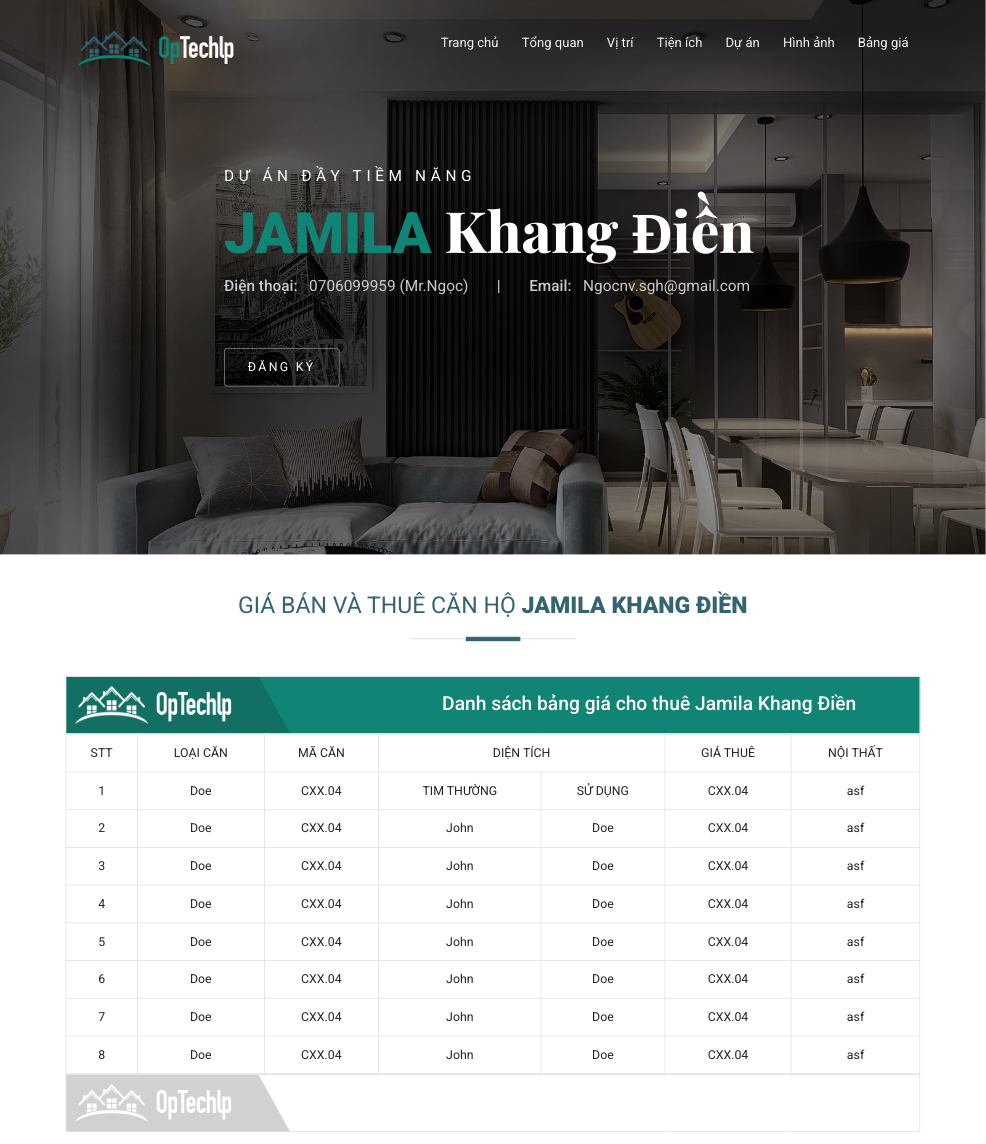
Repository: phunobi1807/Myweb
Page: index.html
These files come from the project's save history. The page is drawn as it stood at one moment and after the next save; the edit follows.
The browser window is 1280 px wide. The pictures show the whole page, at 77% of full size.
Some web fonts or font styles are not loaded; a fallback is used.

Above is the page before, as saved 2021-05-14 14:06:22.

After the next save:
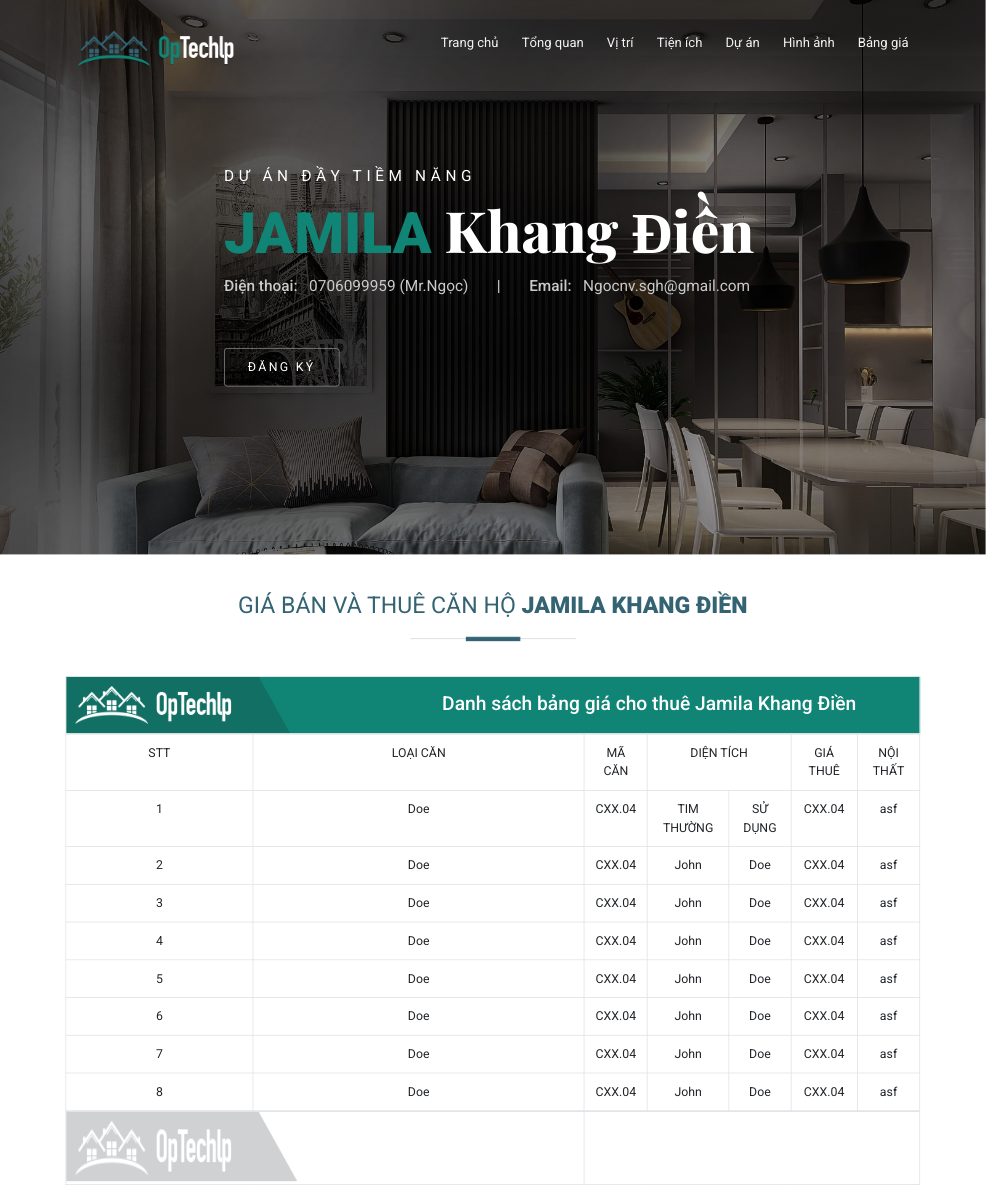
Saved 9 s later.
--- a/index.html
+++ b/index.html
@@ -142,7 +142,7 @@
                     </tbody>
                     <tbot>
                         <tr>
-                            <th colspan="7" style="background-image:url(./image/optechlp.png); background-repeat: no-repeat;">
+                            <th colspan="2" style="background-image:url(./image/optechlp.png); background-repeat: no-repeat;">
                                 <div class="title-table">
                                     <img src="./image/optechlp1.png" alt="">
                                     <p>Danh sách bảng giá cho thuê Jamila Khang Điền</p>

After the save that followed:
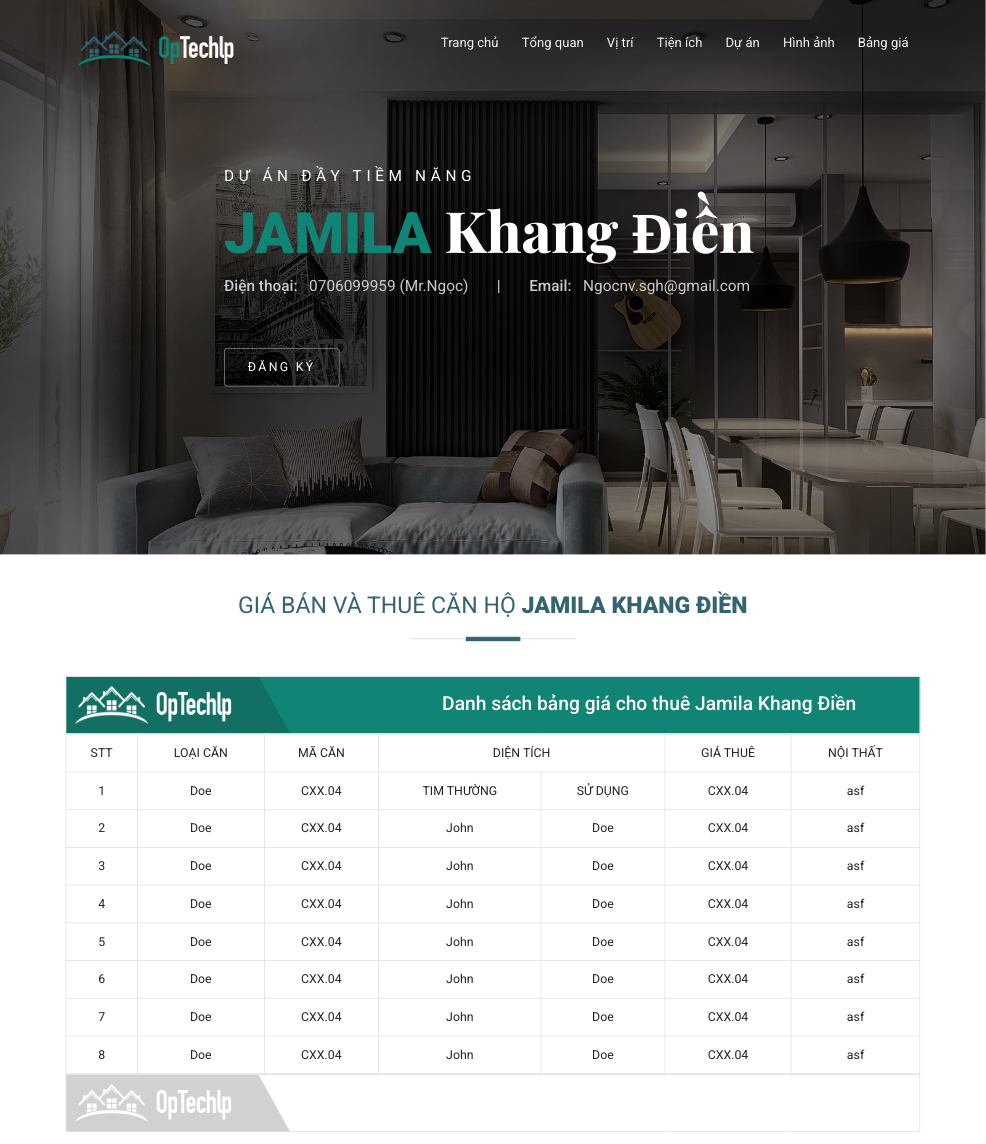
Saved 7 s later.
--- a/index.html
+++ b/index.html
@@ -142,7 +142,7 @@
                     </tbody>
                     <tbot>
                         <tr>
-                            <th colspan="2" style="background-image:url(./image/optechlp.png); background-repeat: no-repeat;">
+                            <th colspan="7" style="background-image:url(./image/optechlp.png); background-repeat: no-repeat;">
                                 <div class="title-table">
                                     <img src="./image/optechlp1.png" alt="">
                                     <p>Danh sách bảng giá cho thuê Jamila Khang Điền</p>
